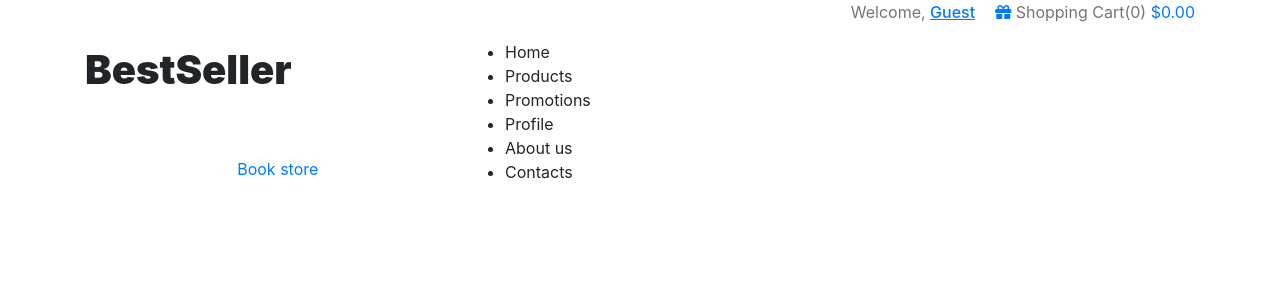
Repository: phunobi1807/BestSeller
Page: index.html
An editor plug-in stored every save of this project. The page is shown before and after the next save, followed by the edit.
The browser window is 1280 px wide. The pictures show the whole page.

Above is the page before, as saved 2021-06-28 22:19:08.

### index.html
<!DOCTYPE html>
<html lang="en">
<head>
    <meta charset="UTF-8">
    <meta http-equiv="X-UA-Compatible" content="IE=edge">
    <meta name="viewport" content="width=device-width, initial-scale=1.0">
    <title>BestSeller</title>
    <link rel="stylesheet" href="./css/style.css">
</head>
<body>
    <header id="header">
        <div class="container">
            <div class="top-header">
                <div class="top-nav">
                    <p class="top-nav__text">Welcome, <a href="#" class="top-nav__text-link">Guest</a></p>
                    <div class="top-nav__shopping-cart">
                        <i  class="top-nav__icon fas fa-gift"></i>
                        <span class="top-nav__cart">Shopping Cart(0) <a href="#">$0.00</a></span>
                    </div>
                </div>
                <div class="navigation">
                    <div class="row">
                        <div class="col-lg-4">
                            <div class="navigation-logo">
                                <span class="navigation-logo__text">
                                  <span class="navigation-logo__text-big">BestSeller</span>
                                    <span class="navigation-logo__text-small">
                                        Book store
                                    </span>
                                </span>
                            </div>
                        </div>
                        <div class="col-lg-6">
                           <ul class="navigation-menu">
                               <li class="navigation-menu__item" >Home</li>
                               <li class="navigation-menu__item" >Products</li>
                               <li class="navigation-menu__item" >Promotions</li>
                               <li class="navigation-menu__item" >Profile</li>
                               <li class="navigation-menu__item" >About us</li>
                               <li class="navigation-menu__item" >Contacts</li>
                           </ul>
                        </div>
                    </div>
                </div>
            </div>
        </div>
    </header>
    <div id="content">

    </div>
<link rel="stylesheet" href="https://use.fontawesome.com/releases/v5.15.3/css/all.css" integrity="sha384-SZXxX4whJ79/gErwcOYf+zWLeJdY/qpuqC4cAa9rOGUstPomtqpuNWT9wdPEn2fk" crossorigin="anonymous">
<link rel="stylesheet" href="https://maxcdn.bootstrapcdn.com/bootstrap/4.5.2/css/bootstrap.min.css">
<script src="https://ajax.googleapis.com/ajax/libs/jquery/3.5.1/jquery.min.js"></script>
<script src="https://cdnjs.cloudflare.com/ajax/libs/popper.js/1.16.0/umd/popper.min.js"></script>
<script src="https://maxcdn.bootstrapcdn.com/bootstrap/4.5.2/js/bootstrap.min.js"></script>
</body>
</html>

### css/style.css
@import url(https://fonts.googleapis.com/css2?family=Roboto:wght@100;200;300;400;500;600;800;900&display=swap);
:root {
    --color-primary: #007bff;
}

* {
    box-sizing: inherit;
}

html {
    box-sizing: border-box;
    margin: 0;
    font-family: 'Roboto', sans-serif;
}

/* top nav  */

.top-nav {
    display: flex;
    justify-content: flex-end;
}

.top-nav__text {
    padding: 0 20px;
}

.top-nav__text-link {
    font-weight: 500;
    text-decoration: underline;
}

.top-nav__text, .top-nav__cart {
    color: #767575;
}

.top-nav__icon {
    color: var(--color-primary);
}

/* logo-menu  */

.navigation-logo__text-big {
    position: relative;
    font-size: 40px;
    font-weight: 900;
}

.navigation-logo__text-small {
    position: absolute;
    bottom: 0;
    left: 44%;
    top: 73%;
    color: var(--color-primary);
}

/* Danh sach menu  */

.navigation-menu {}

.navigation-menu__item {}

After the next save:
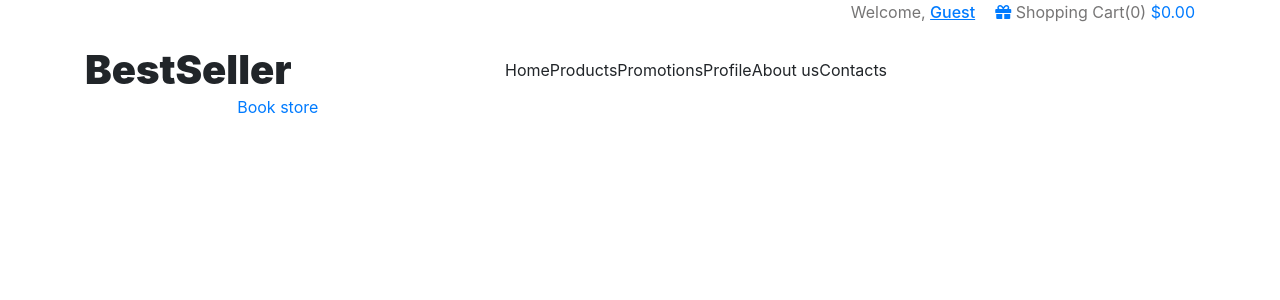
Saved 66 s later.
--- a/css/style.css
+++ b/css/style.css
@@ -55,6 +55,10 @@ html {
 
 /* Danh sach menu  */
 
-.navigation-menu {}
+.navigation-menu {
+    display: flex;
+    line-height: 60px;
+    list-style: none;
+}
 
 .navigation-menu__item {}
